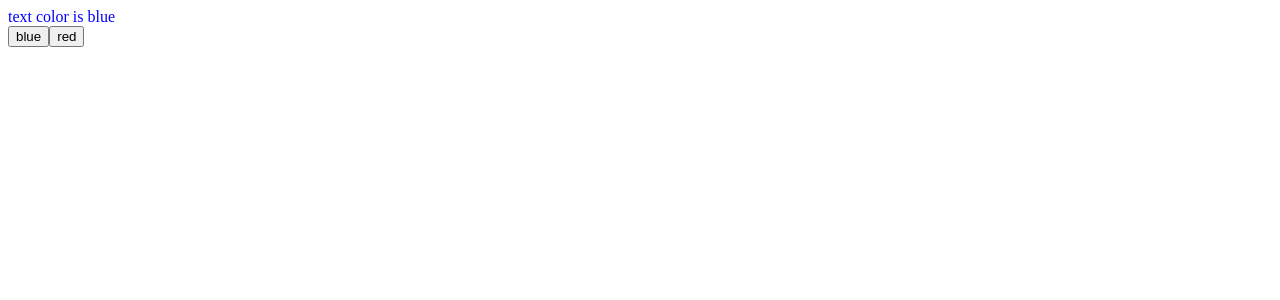
Repository: fuuka10969/react
Page: / (app in demo/react-hooks/demo01/)
An editor plug-in stored every save of this project. The page is shown before and after the next save, followed by the edit.
The browser window is 1280 px wide. The pictures show the whole page.
The project was rebuilt for these pictures with package versions that can differ from the ones it lists, and the page was loaded fresh each time.

Above is the page before, as saved 2021-02-11 15:34:40.

After the next save:
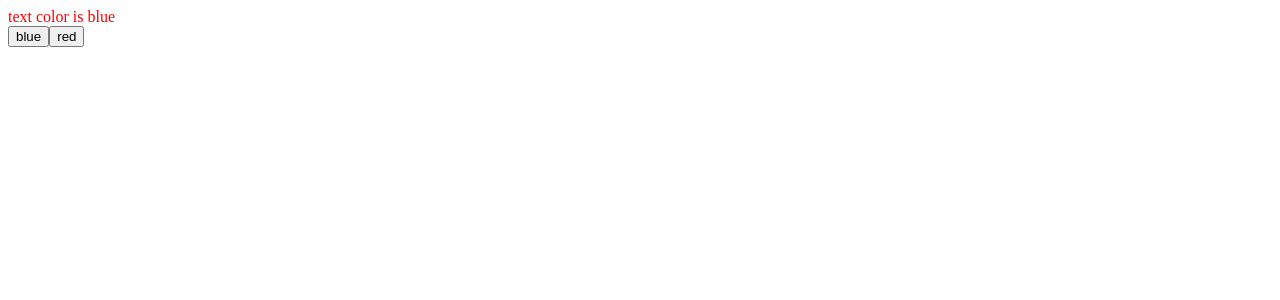
Saved 37 s later.
--- a/demo/react-hooks/demo01/src/example6/color.js
+++ b/demo/react-hooks/demo01/src/example6/color.js
@@ -4,7 +4,7 @@
 
 export const Color = props => {
   return (
-    <ColorContext.Provider value={{color: 'blue'}}>
+    <ColorContext.Provider value={{color: 'red'}}>
       {props.children}
     </ColorContext.Provider>
   )

After the 3 saves that followed:
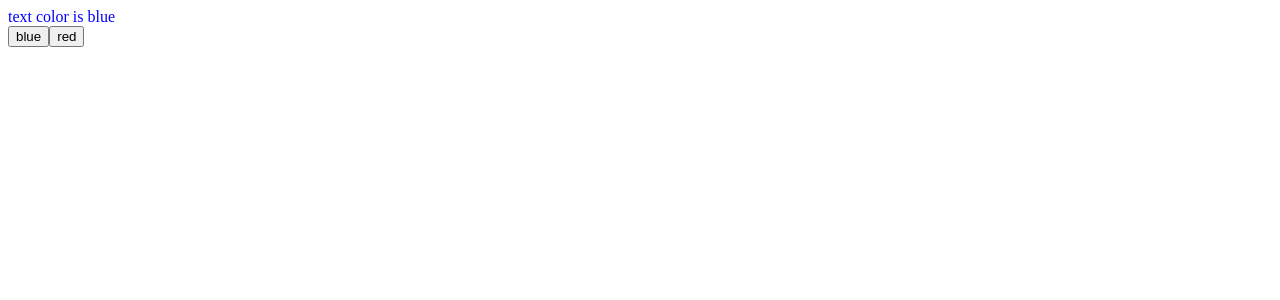
The 3 saves are shown as one change because 2 left the picture as it was.
The last was saved 8 min 14 s later.
--- a/demo/react-hooks/demo01/src/example6/color.js
+++ b/demo/react-hooks/demo01/src/example6/color.js
@@ -1,10 +1,22 @@
-import React, { createContext } from 'react';
+import React, { createContext, useReducer } from 'react';
 
 export const ColorContext = createContext()
 
+export const UPDATE_COLOR = "UPDATE_COLOR"
+
+const reducer = (state, action) => {
+  switch(action.type) {
+    case UPDATE_COLOR:
+      return action.color;
+    default:
+      return state
+  }
+}
+
 export const Color = props => {
+  const [color, dispatch] = useReducer(reducer, 'blue')
   return (
-    <ColorContext.Provider value={{color: 'red'}}>
+    <ColorContext.Provider value={{color, dispatch}}>
       {props.children}
     </ColorContext.Provider>
   )
